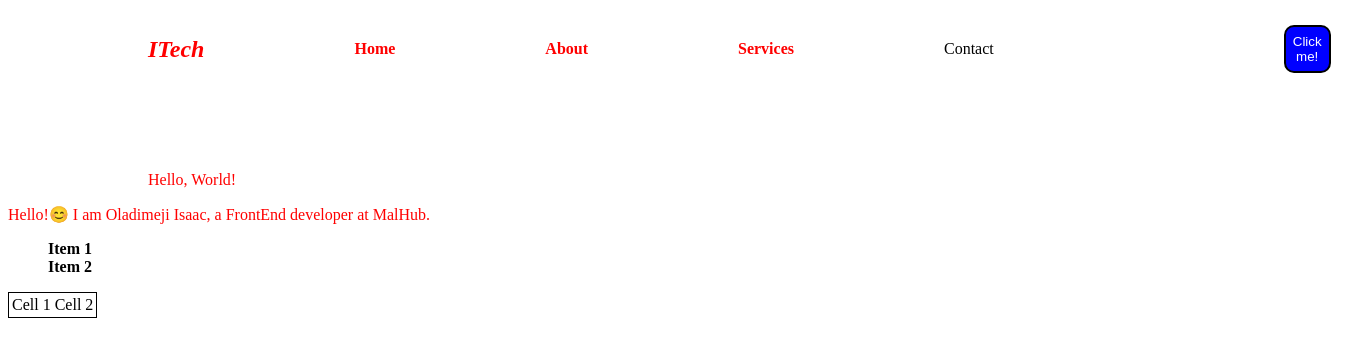
Repository: isaacCodes1/Calculator-with-js
Page: Assigment.html
An editor plug-in stored every save of this project. The page is shown before and after a run of saves, followed by the edit.
The browser window is 1280 px wide. The page is 1344 px wide, then 1348 px, so the pictures cover 1348 px, including what lies to the right of the window. The pictures show the whole page.

Above is the page before, as saved 2024-05-22 22:32:11.

After the next 3 saves:
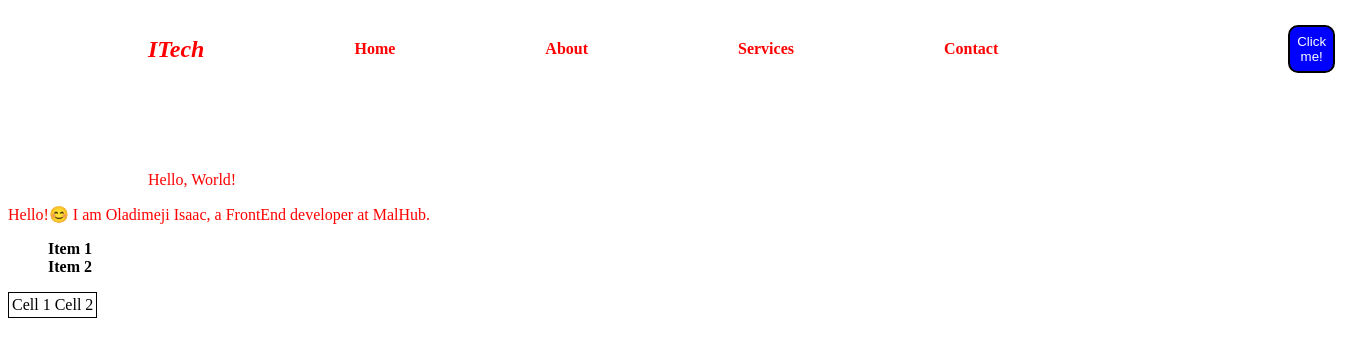
The 3 saves are shown as one change because they came seconds apart.
The last was saved 9 s later.
--- a/Assigment.html
+++ b/Assigment.html
@@ -56,6 +56,8 @@
                 document.getElementById("lis1").style.fontWeight = "bold";
                 document.getElementById("lis2").style.color = "red";
                 document.getElementById("lis2").style.fontWeight = "bold";
+                document.getElementById("lis3").style.color = "red";
+                document.getElementById("lis3").style.fontWeight = "bold";
                 </script>
         </body>
         </html>
